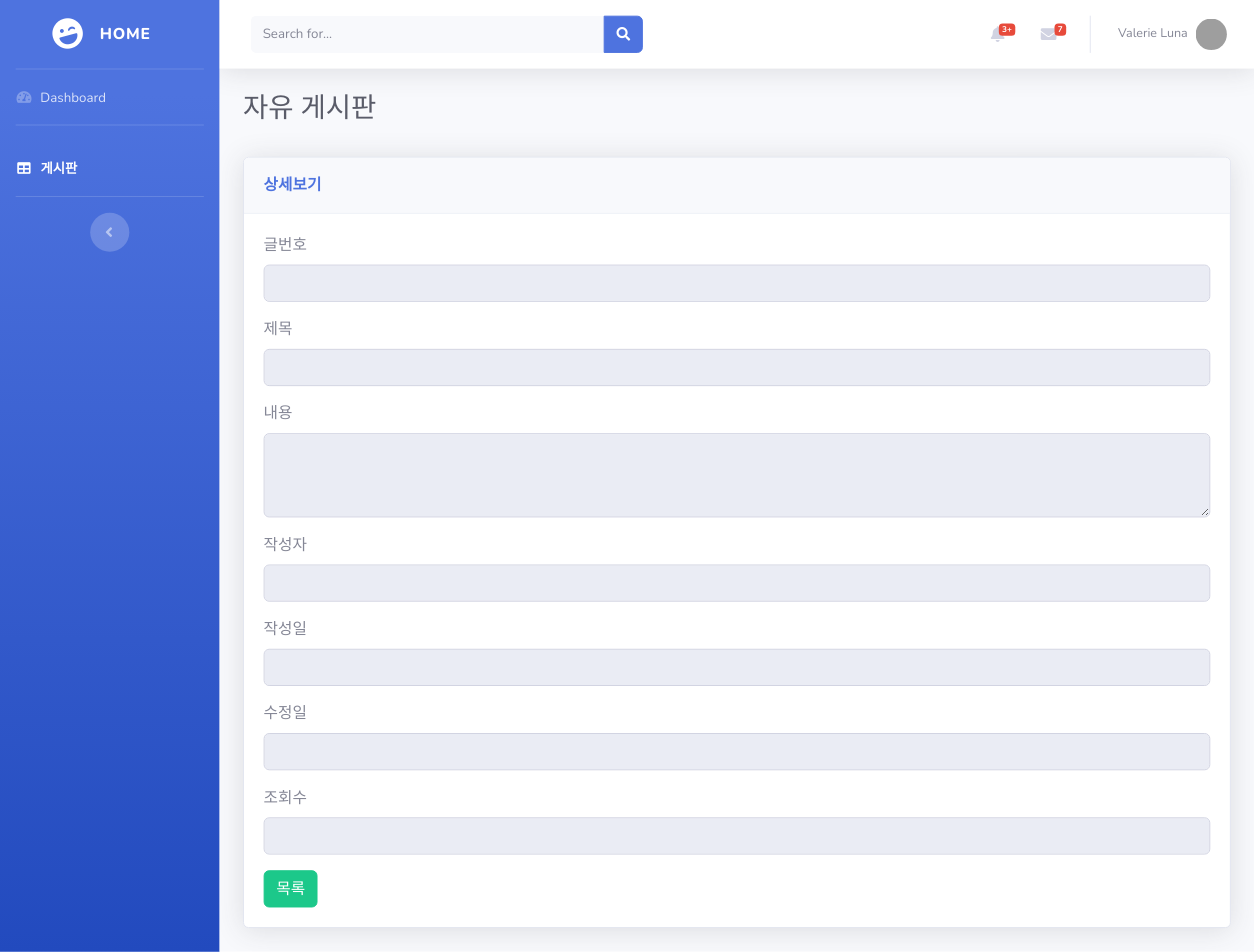
Repository: superThisMe/spring-basic
Page: http://localhost/06.spring-board-a/WEB-INF/views/board/detail.jsp
The author's editor kept a copy of each file at every save. The page is drawn from the files as they stood at one save, then again after the next save.
The browser window is 1280 px wide. The pictures show the whole page, at 98% of full size.
Pictures or frames that could not be fetched are drawn as grey boxes. The page is served by Tomcat 9. Nobody is signed in. The template is opened directly, without the code that normally fills it, so the values that code supplies are empty.

Above is the page before, as saved 2019-12-26 09:10:27.
Console error: TypeError: Cannot read properties of null (reading 'length')

After the next save:
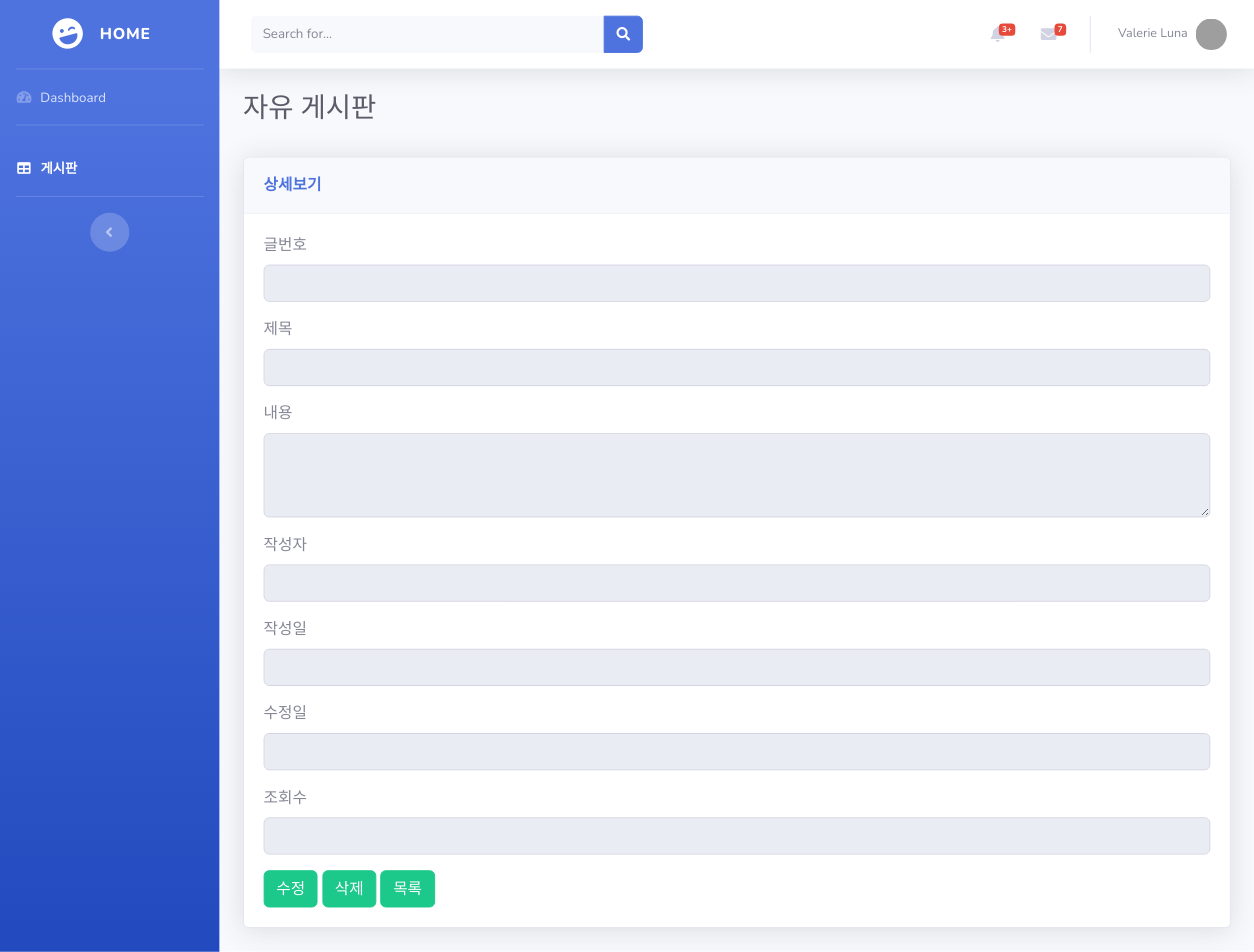
Saved 15 h 43 min later.
--- a/06.spring-board-a/src/main/webapp/WEB-INF/views/board/detail.jsp
+++ b/06.spring-board-a/src/main/webapp/WEB-INF/views/board/detail.jsp
@@ -87,6 +87,8 @@
 									name='readCount' value="${ board.readCount }">
 							</div>
 
+							<button id="edit-button" type="button" class="btn btn-success">수정</button>
+							<button id="delete-button" type="button" class="btn btn-success">삭제</button>
 							<button id="tolist-button" type="button" class="btn btn-success">목록</button>
 						</div>
 					</div>
